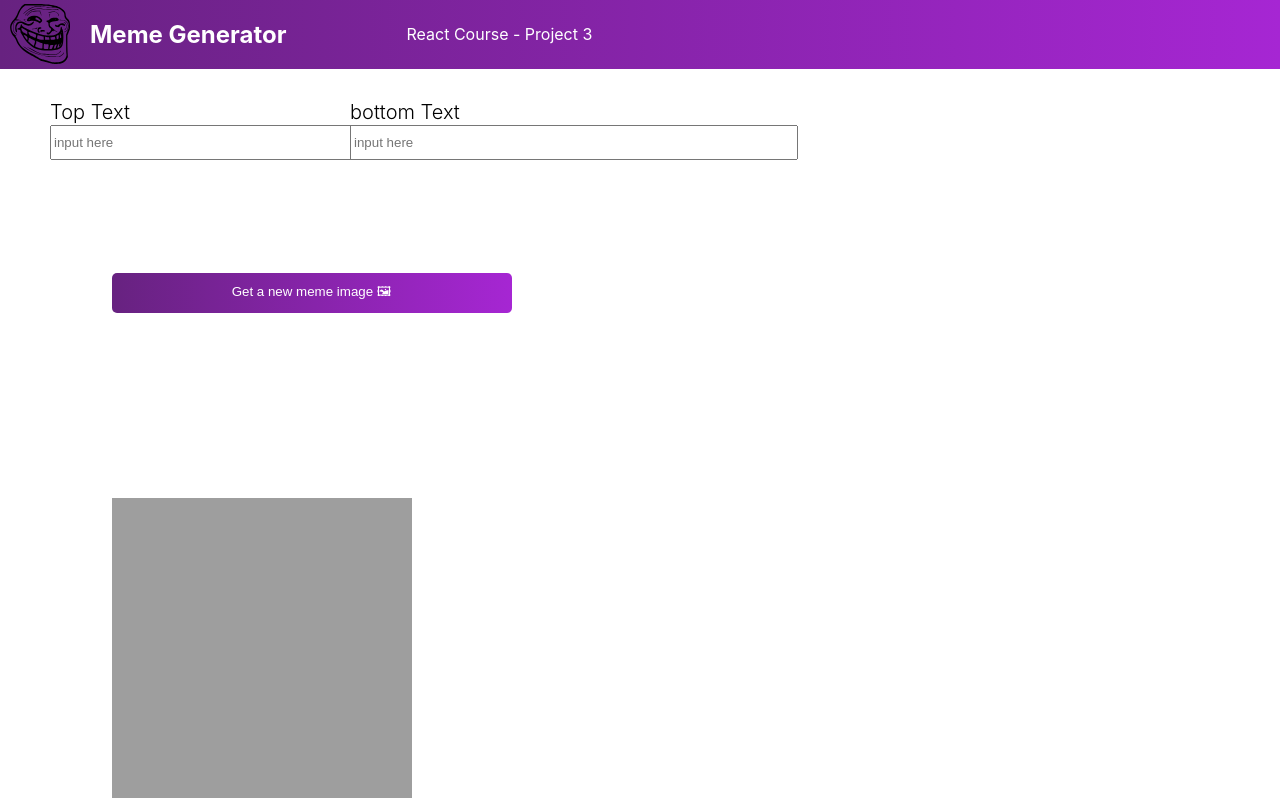
Repository: mortiestmorty1/meme-generator-react
Page: /
These files come from the project's save history. The page is drawn as it stood at one moment and after a run of saves; the edit follows.
The browser window is 1280 px wide. The pictures show the whole page.
Pictures or frames that could not be fetched are drawn as grey boxes. The project was rebuilt for these pictures with package versions that can differ from the ones it lists, and the page was loaded fresh each time.

Above is the page before, as saved 2024-01-18 23:06:36.

After the next 2 saves:
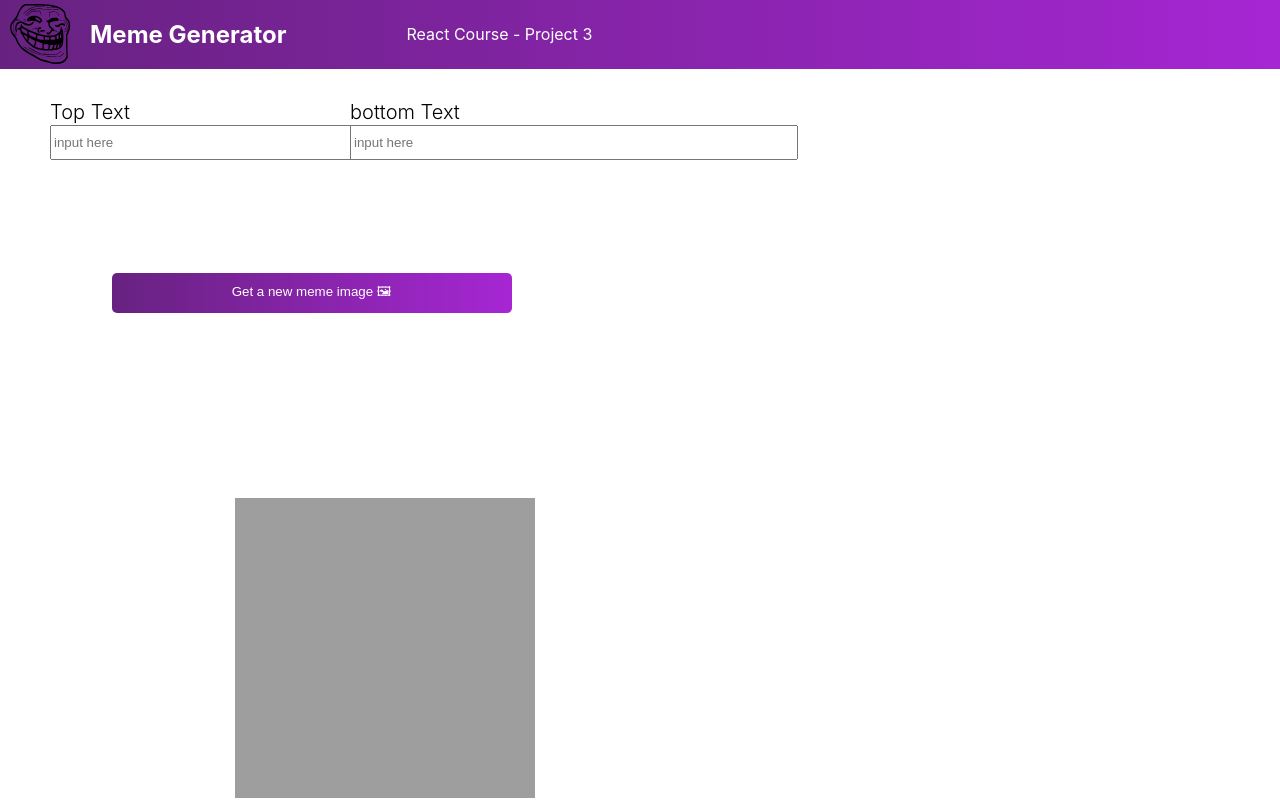
The 2 saves are shown as one change because they came seconds apart.
The last was saved 9 s later.
--- a/src/App.css
+++ b/src/App.css
@@ -62,7 +62,7 @@
     height: 40px;
   }
   .memeimage{
-    margin-left: 5%;
+    margin-left: 15%;
     margin-top: 15%;
     width: 300px;
     height: 300px;
